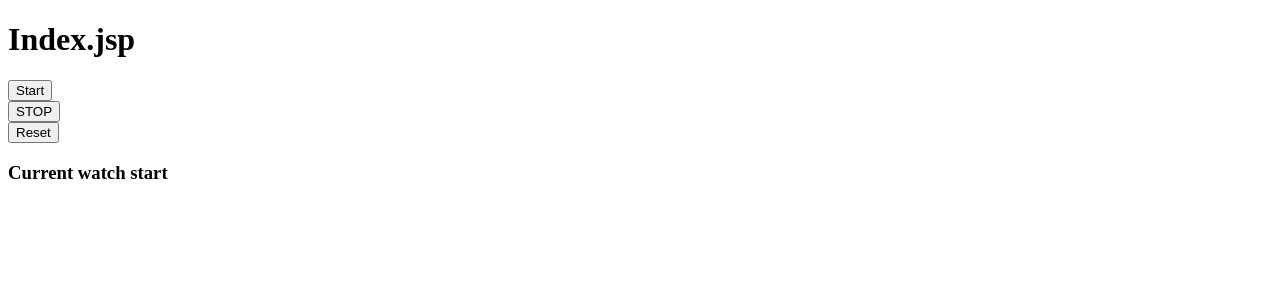
Repository: dwzukowski/Java
Page: http://localhost/stopwatch/
An editor plug-in stored every save of this project. The page is shown before and after the next save, followed by the edit.
The browser window is 1280 px wide. The pictures show the whole page.
The page is served by Tomcat 9. Other server files are loaded and not shown.

Above is the page before, as saved 2017-07-12 23:54:59.

### JavaOnTheWeb/Stopwatch/stopwatch/WebContent/WEB-INF/views/index.jsp
<%@ taglib prefix="c" uri="http://java.sun.com/jsp/jstl/core" %>
<%@ page language="java" contentType="text/html; charset=ISO-8859-1"
    pageEncoding="ISO-8859-1"%>
<!DOCTYPE html PUBLIC "-//W3C//DTD HTML 4.01 Transitional//EN" "http://www.w3.org/TR/html4/loose.dtd">
<html>
<head>
<meta http-equiv="Content-Type" content="text/html; charset=ISO-8859-1">
<title>Insert title here</title>
</head>
<body>
<h1> Index.jsp </h1>
	<a href="/stopwatch/start"><button>Start</button></a>
	<br>
	<a href="/stopwatch/stop"><button>STOP</button></a>
	<br>
	<a href="/stopwatch/reset"><button>Reset</button></a>
	<br>
	<h3> Current watch start</h3>
	<c:out value="${currentWatch.getStartTime()}"/>

</body>
</html>

### JavaOnTheWeb/Stopwatch/stopwatch/src/com/dave/stopwatch/controllers/Stopwatch.java
package com.dave.stopwatch.controllers;

import java.io.IOException;

import javax.servlet.RequestDispatcher;
import javax.servlet.ServletException;
import javax.servlet.http.HttpServlet;
import javax.servlet.http.HttpServletRequest;
import javax.servlet.http.HttpServletResponse;

/**
 * Servlet implementation class Stopwatch
 */

public class Stopwatch extends HttpServlet {
	private static final long serialVersionUID = 1L;

    /**
     * @see HttpServlet#HttpServlet()
     */
    public Stopwatch() {
        super();
        // TODO Auto-generated constructor stub
    }

	/**
	 * @see HttpServlet#doGet(HttpServletRequest request, HttpServletResponse response)
	 */
	protected void doGet(HttpServletRequest request, HttpServletResponse response) throws ServletException, IOException {
		// TODO Auto-generated method stub

		RequestDispatcher view = request.getRequestDispatcher("/WEB-INF/views/index.jsp");
		view.forward(request, response);
	}

	/**
	 * @see HttpServlet#doPost(HttpServletRequest request, HttpServletResponse response)
	 */
	protected void doPost(HttpServletRequest request, HttpServletResponse response) throws ServletException, IOException {
		// TODO Auto-generated method stub
		doGet(request, response);
	}

}

After the next save:
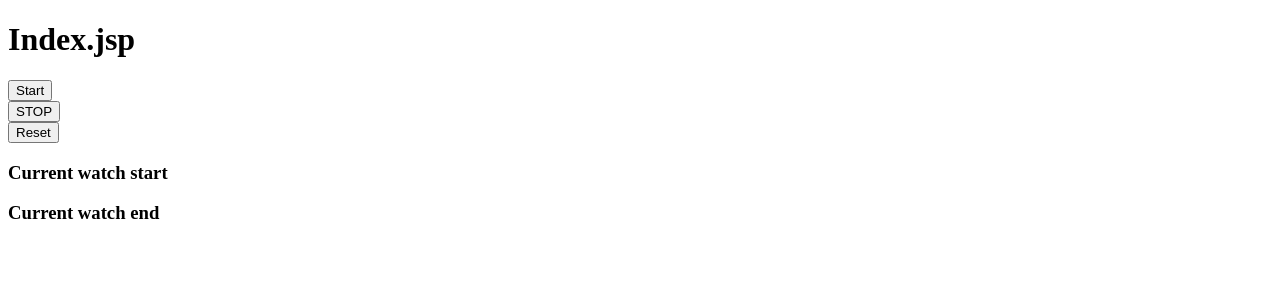
Saved 35 s later.
--- a/JavaOnTheWeb/Stopwatch/stopwatch/WebContent/WEB-INF/views/index.jsp
+++ b/JavaOnTheWeb/Stopwatch/stopwatch/WebContent/WEB-INF/views/index.jsp
@@ -18,5 +18,8 @@
 	<h3> Current watch start</h3>
 	<c:out value="${currentWatch.getStartTime()}"/>
 
+	<h3> Current watch end</h3>
+	<c:out value="${currentWatch.getEndTime()}"/>
+
 </body>
 </html>
